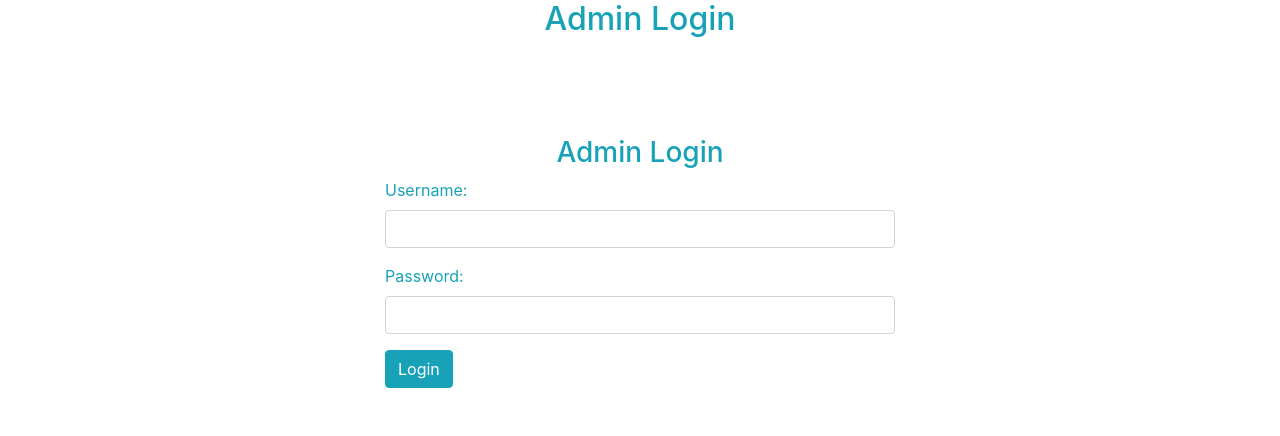
Repository: sindurup/Phase2Project
Page: http://localhost/LearnersAcademyPro/Login.jsp
These files come from the project's save history. The page is drawn as it stood at one moment and after the next save; the edit follows.
The browser window is 1280 px wide. The pictures show the whole page.
The page is served by Tomcat 9. Other server files are loaded and not shown.

Above is the page before, as saved 2021-09-28 06:35:15.

### LearnersAcademyPro/src/main/webapp/Login.jsp
<%@ page language="java" contentType="text/html; charset=ISO-8859-1"
    pageEncoding="ISO-8859-1"%>
<!DOCTYPE html>
<html>
<link href="//maxcdn.bootstrapcdn.com/bootstrap/4.1.1/css/bootstrap.min.css" rel="stylesheet" id="bootstrap-css">

<head>
<meta charset="ISO-8859-1">
<script type="text/javascript">
function required()
{
	var uname=document.login.username.value;
	var pw=document.login.password.value;

  if (uname == "")
   {
      alert("Please enter user name");
      document.login.username.focus();
      return false;
   }
  else if(pw == "")
  {
     alert("Please enter password");
     document.login.password.focus();
      return false;
   }
  else if ((uname.length<5)||(uname.length>15))
  {
     alert("Username of invalid length");
     document.login.username.focus();
     return false;
  }
  else if ((pw.length<7)||(pw.length>15))
  {
     alert("Password length should be 7 to 15 digits");
     document.login.password.focus();
     return false;
  }
  else
	  {
        return true;
	  }




 }


</script>
<title>Learners Academy</title>
</head>
<body>

 <h2 class="text-center text-info">Admin Login</h2>
    <div id="login">
        <h3 class="text-center text-white pt-5">Login form</h3>
        <div class="container">
            <div id="login-row" class="row justify-content-center align-items-center">
                <div id="login-column" class="col-md-6">
                    <div id="login-box" class="col-md-12">
                        <form id="login" name="login" class="form" action="login" method="post" onSubmit="return required();" >
                            <h3 class="text-center text-info">Admin Login</h3>
                            <div class="form-group">
                                <label for="username" class="text-info">Username:</label><br>
                                <input type="text" name="username" id="username" class="form-control">
                            </div>
                            <div class="form-group">
                                <label for="password" class="text-info">Password:</label><br>
                                <input type="password" name="password" id="password" class="form-control">
                            </div>
                            <div class="form-group">

                                <input type="submit" name="Login" class="btn btn-info btn-md" value="Login" onClick="return required();">
                            </div>

                        </form>
                    </div>
                </div>
            </div>
        </div>
    </div>
</body>
</html>

After the next save:
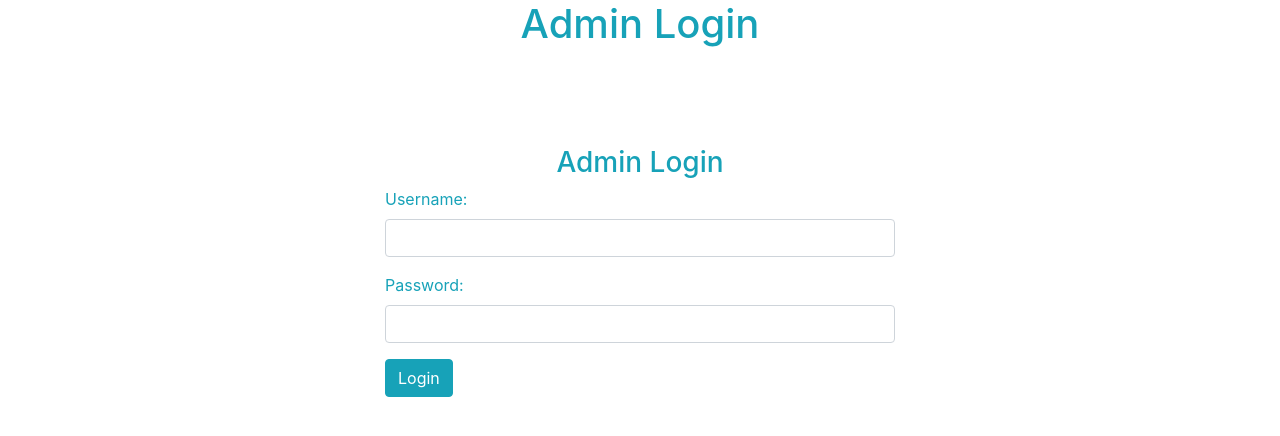
Saved 21 s later.
--- a/LearnersAcademyPro/src/main/webapp/Login.jsp
+++ b/LearnersAcademyPro/src/main/webapp/Login.jsp
@@ -52,7 +52,7 @@ function required()
 </head>
 <body>
 
- <h2 class="text-center text-info">Admin Login</h2>
+ <h1 class="text-center text-info">Admin Login</h1>
     <div id="login">
         <h3 class="text-center text-white pt-5">Login form</h3>
         <div class="container">
